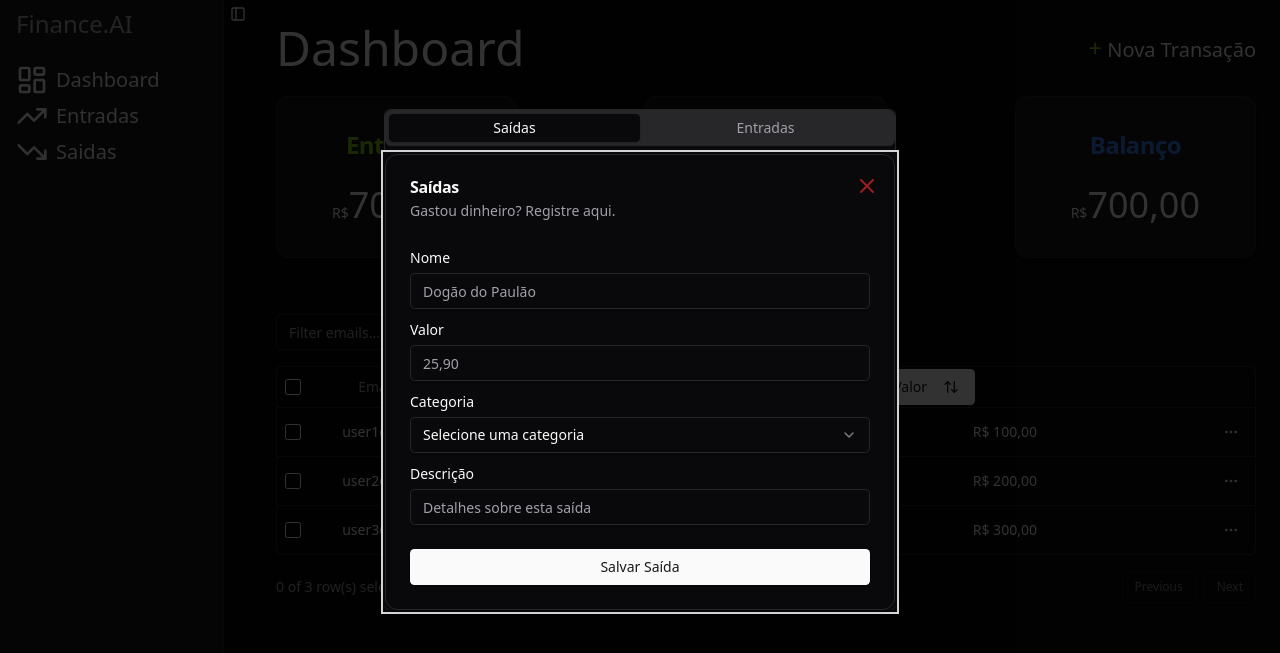
Repository: jvmotadev/web1front
Page: /, after clicking the first element matching `button.text-xl`
These files come from the project's save history. The page is drawn as it stood at one moment and after the next save; the edit follows.
The browser window is 1280 px wide. The pictures show the whole page.
The project was rebuilt for these pictures with package versions that can differ from the ones it lists, and the page was loaded fresh each time. Also part of the build but not shown: vite.config.ts, src/components/ui/separator.tsx, src/components/ui/sheet.tsx, src/components/ui/skeleton.tsx, src/components/ui/tooltip.tsx, src/app/entradas-item.tsx, src/app/tabela.tsx, src/components/ui/chart.tsx and 3 more.

Above is the page before, as saved 2024-11-16 15:28:43.

### index.html
<!doctype html>
<html lang="en">
  <head>
    <meta charset="UTF-8" />
    <meta name="viewport" content="width=device-width, initial-scale=1.0" />
    <title>Finance.ai</title>
  </head>
  <body>
    <div id="root"></div>
    <script type="module" src="/src/main.tsx"></script>
  </body>
</html>

### src/index.css
@tailwind base;
@tailwind components;
@tailwind utilities;

@layer base {
  :root {
    --background: 240 10% 3.9%;
    --foreground: 0 0% 98%;
    --card: 240 10% 3.9%;
    --card-foreground: 0 0% 98%;
    --popover: 240 10% 3.9%;
    --popover-foreground: 0 0% 98%;
    --primary: 0 0% 98%;
    --primary-foreground: 240 5.9% 10%;
    --secondary: 240 3.7% 15.9%;
    --secondary-foreground: 0 0% 98%;
    --muted: 240 3.7% 15.9%;
    --muted-foreground: 240 5% 64.9%;
    --accent: 240 3.7% 15.9%;
    --accent-foreground: 0 0% 98%;
    --destructive: 0 62.8% 30.6%;
    --destructive-foreground: 0 0% 98%;
    --border: 240 3.7% 15.9%;
    --input: 240 3.7% 15.9%;
    --ring: 240 4.9% 83.9%;
    --chart-1: 220 70% 50%;
    --chart-2: 160 60% 45%;
    --chart-3: 30 80% 55%;
    --chart-4: 280 65% 60%;
    --chart-5: 340 75% 55%;
    --radius: 0.4rem;
    --sidebar-background: 240 5.9% 10%;
    --sidebar-foreground: 240 4.8% 95.9%;
    --sidebar-primary: 224.3 76.3% 48%;
    --sidebar-primary-foreground: 0 0% 100%;
    --sidebar-accent: 240 3.7% 15.9%;
    --sidebar-accent-foreground: 240 4.8% 95.9%;
    --sidebar-border: 240 3.7% 15.9%;
    --sidebar-ring: 217.2 91.2% 59.8%;
  }
}

.sidebar-icon {
  transition: all 0.3s ease;
}

.sidebar-expanded .sidebar-icon {
  width: 2rem; /* Adjust to the desired size for expanded state */
  height: 2rem;
}

.sidebar-collapsed .sidebar-icon {
  width: 1.25rem; /* Adjust to the desired size for collapsed state */
  height: 1.25rem;
}

@layer base {
  * {
    @apply border-border;
  }
  body {
    @apply bg-background text-foreground;
  }
}

### src/App.tsx
import React from 'react';
import { BrowserRouter as Router, Route, Routes } from 'react-router-dom';
import Dashboard from './pages/dashboard'; // Import Dashboard component
import Entradas from './pages/entradas';   // Import Entradas component
import Saidas from './pages/saidas';       // Import Saidas component

export function App() {
  return (
    <Router>

      <Routes>
            <Route path="/" element={<Dashboard />} />
            <Route path="/in" element={<Entradas />} />
            <Route path="/out" element={<Saidas />} />
            <Route path="*" element={<h1>404 - Page Not Found</h1>} />
      </Routes>
    </Router>
  );
}

### src/pages/dashboard.tsx
import React from 'react';
import { Layout } from "@/app/layout";  // Import the layout you created
import { Card, CardContent, CardHeader, CardTitle } from '@/components/ui/card';
import { Dialog, DialogContent, DialogHeader, DialogTrigger } from '@/components/ui/dialog';
import { Transaction } from '@/app/transaction';
import { columns } from '@/app/transaction-list/columns';
import { DataTable } from '@/app/transaction-list/data-table';
import { staticPayments } from '@/app/transaction-list/static-data';


const Dashboard = () => {
  return (
    <div className="flex">

    <Layout children={undefined}/>


      <main className="flex-1 flex-wrap p-6 overflow-auto">
        <div className="flex justify-between">
          <h1 className="text-5xl">Dashboard</h1>
          <Dialog>
            <DialogTrigger className="text-xl"><span className="text-2xl text-lime-500">+</span> Nova Transação</DialogTrigger>
            <DialogContent>
                <DialogHeader>
                    <Transaction/>
                </DialogHeader>
            </DialogContent>
          </Dialog>

        </div>
        <div className="flex justify-between gap-x-32 mt-6">
          <Card className='bg-zinc-900 flex-1 shadow-lg p-2 text-center'>
            <CardHeader>
              <CardTitle className="text-2xl text-lime-500">Entradas</CardTitle>
            </CardHeader>
            <CardContent>
              <p className="text-4xl"><span className="text-sm">R$</span>700,00</p>
            </CardContent>
          </Card>

          <Card className='bg-zinc-900  flex-1  shadow-lg p-2 text-center'>
            <CardHeader>
            <CardTitle className="text-2xl text-red-500">Saidas</CardTitle>
            </CardHeader>
            <CardContent>
                <p className="text-4xl"><span className="text-sm">R$</span>700,00</p>
            </CardContent>

          </Card>

          <Card className='bg-zinc-900  flex-1  shadow-lg p-2 text-center'>
            <CardHeader>
            <CardTitle className="text-2xl text-blue-500">Balanço</CardTitle>
            </CardHeader>
            <CardContent>
                <p className="text-4xl"><span className="text-sm">R$</span>700,00</p>
            </CardContent>

          </Card>
        </div>
        <div className="container mx-auto py-10">
          <DataTable columns={columns} data={staticPayments} />
        </div>
      </main>
    </div>
  );
};

export default Dashboard;

### src/app/layout.tsx
import React from 'react';
import { SidebarProvider, SidebarTrigger } from "@/components/ui/sidebar";
import { AppSidebar } from "@/components/app-sidebar";

export function Layout({ children }: { children: React.ReactNode }) {
  return (
    <SidebarProvider>

      <AppSidebar />
      <main>
        <SidebarTrigger />
        {children}
      </main>
    </SidebarProvider>
  );
}

### src/components/ui/card.tsx
import * as React from "react"

import { cn } from "@/lib/utils"

const Card = React.forwardRef<
  HTMLDivElement,
  React.HTMLAttributes<HTMLDivElement>
>(({ className, ...props }, ref) => (
  <div
    ref={ref}
    className={cn(
      "rounded-xl border bg-card text-card-foreground shadow",
      className
    )}
    {...props}
  />
))
Card.displayName = "Card"

const CardHeader = React.forwardRef<
  HTMLDivElement,
  React.HTMLAttributes<HTMLDivElement>
>(({ className, ...props }, ref) => (
  <div
    ref={ref}
    className={cn("flex flex-col space-y-1.5 p-6", className)}
    {...props}
  />
))
CardHeader.displayName = "CardHeader"

const CardTitle = React.forwardRef<
  HTMLDivElement,
  React.HTMLAttributes<HTMLDivElement>
>(({ className, ...props }, ref) => (
  <div
    ref={ref}
    className={cn("font-semibold leading-none tracking-tight", className)}
    {...props}
  />
))
CardTitle.displayName = "CardTitle"

const CardDescription = React.forwardRef<
  HTMLDivElement,
  React.HTMLAttributes<HTMLDivElement>
>(({ className, ...props }, ref) => (
  <div
    ref={ref}
    className={cn("text-sm text-muted-foreground", className)}
    {...props}
  />
))
CardDescription.displayName = "CardDescription"

const CardContent = React.forwardRef<
  HTMLDivElement,
  React.HTMLAttributes<HTMLDivElement>
>(({ className, ...props }, ref) => (
  <div ref={ref} className={cn("p-6 pt-0", className)} {...props} />
))
CardContent.displayName = "CardContent"

const CardFooter = React.forwardRef<
  HTMLDivElement,
  React.HTMLAttributes<HTMLDivElement>
>(({ className, ...props }, ref) => (
  <div
    ref={ref}
    className={cn("flex items-center p-6 pt-0", className)}
    {...props}
  />
))
CardFooter.displayName = "CardFooter"

export { Card, CardHeader, CardFooter, CardTitle, CardDescription, CardContent }

### src/app/transaction-list/columns.tsx
"use client";

import { ColumnDef } from "@tanstack/react-table";
import { Button } from "@/components/ui/button";
import { MoreHorizontal, ArrowUpDown } from "lucide-react";
import { Checkbox } from "@/components/ui/checkbox";
import {
  DropdownMenu,
  DropdownMenuContent,
  DropdownMenuItem,
  DropdownMenuLabel,
  DropdownMenuSeparator,
  DropdownMenuTrigger,
} from "@/components/ui/dropdown-menu";

export type Payment = {
    id: string;
    amount: number;
    status: string;
    email: string;
  };

import { ArrowDownToLine } from 'lucide-react';

export const columns: ColumnDef<Payment>[] = [
  {
    id: "select",
    header: ({ table }) => (
      <Checkbox
        checked={
          table.getIsAllPageRowsSelected() ||
          (table.getIsSomePageRowsSelected() && "indeterminate")
        }
        onCheckedChange={(value) => table.toggleAllPageRowsSelected(!!value)}
        aria-label="Select all"
      />
    ),
    cell: ({ row }) => (
      <Checkbox
        checked={row.getIsSelected()}
        onCheckedChange={(value) => row.toggleSelected(!!value)}
        aria-label="Select row"
      />
    ),
    enableSorting: false,
    enableHiding: false,
  },
  {
    accessorKey: "email",
    header: ({ column }) => (
      <Button
        variant="ghost"
        onClick={() => column.toggleSorting(column.getIsSorted() === "asc")}
      >
        Email
        <ArrowUpDown className="ml-2 h-4 w-4" />
      </Button>
    ),
  },
  {
    accessorKey: "status",
    header: "Status",
  },
  {
    accessorKey: "amount",
    header: () => <Button className="text-center flex justify-center align-middle">
      Valor
      <ArrowUpDown className="ml-2 h-4 w-4" />
      </Button>,
    cell: ({ row }) => {
      const amount = parseFloat(row.getValue("amount"));
      const formatted = new Intl.NumberFormat("pt-BR", {
        style: "currency",
        currency: "BRL",
      }).format(amount);

      return <div className="text-center font-medium">{formatted}</div>;
    },
  },
  {
    id: "actions",
    cell: ({ row }) => {
      const payment = row.original;

      return (
        <div className="flex justify-end">
          <DropdownMenu>
            <DropdownMenuTrigger asChild>
              <Button variant="ghost" className="h-8 w-8 p-0">
                <span className="sr-only">Open menu</span>
                <MoreHorizontal className="h-4 w-4" />
              </Button>
            </DropdownMenuTrigger>
            <DropdownMenuContent align="end">
              <DropdownMenuLabel>Actions</DropdownMenuLabel>
              <DropdownMenuSeparator />
              <DropdownMenuItem
                onClick={() => navigator.clipboard.writeText(payment.id)}
              >
                Copiar Informações
              </DropdownMenuItem>
              <DropdownMenuItem>Editar</DropdownMenuItem>
              <DropdownMenuItem>Deletar</DropdownMenuItem>
            </DropdownMenuContent>
          </DropdownMenu>
        </div>
      );
    },
  },
];

### src/app/transaction-list/static-data.tsx
export const staticPayments = [
    { id: "1", amount: 100, status: "pending", email: "user1@example.com" },
    { id: "2", amount: 200, status: "success", email: "user2@example.com" },
    { id: "3", amount: 300, status: "failed", email: "user3@example.com" },
  ];

### src/components/ui/table.tsx
import * as React from "react"

import { cn } from "@/lib/utils"

const Table = React.forwardRef<
  HTMLTableElement,
  React.HTMLAttributes<HTMLTableElement>
>(({ className, ...props }, ref) => (
  <div className="relative w-full overflow-auto">
    <table
      ref={ref}
      className={cn("w-full caption-bottom text-sm", className)}
      {...props}
    />
  </div>
))
Table.displayName = "Table"

const TableHeader = React.forwardRef<
  HTMLTableSectionElement,
  React.HTMLAttributes<HTMLTableSectionElement>
>(({ className, ...props }, ref) => (
  <thead ref={ref} className={cn("[&_tr]:border-b", className)} {...props} />
))
TableHeader.displayName = "TableHeader"

const TableBody = React.forwardRef<
  HTMLTableSectionElement,
  React.HTMLAttributes<HTMLTableSectionElement>
>(({ className, ...props }, ref) => (
  <tbody
    ref={ref}
    className={cn("[&_tr:last-child]:border-0", className)}
    {...props}
  />
))
TableBody.displayName = "TableBody"

const TableFooter = React.forwardRef<
  HTMLTableSectionElement,
  React.HTMLAttributes<HTMLTableSectionElement>
>(({ className, ...props }, ref) => (
  <tfoot
    ref={ref}
    className={cn(
      "border-t bg-muted/50 font-medium [&>tr]:last:border-b-0",
      className
    )}
    {...props}
  />
))
TableFooter.displayName = "TableFooter"

const TableRow = React.forwardRef<
  HTMLTableRowElement,
  React.HTMLAttributes<HTMLTableRowElement>
>(({ className, ...props }, ref) => (
  <tr
    ref={ref}
    className={cn(
      "border-b transition-colors hover:bg-muted/50 data-[state=selected]:bg-muted",
      className
    )}
    {...props}
  />
))
TableRow.displayName = "TableRow"

const TableHead = React.forwardRef<
  HTMLTableCellElement,
  React.ThHTMLAttributes<HTMLTableCellElement>
>(({ className, ...props }, ref) => (
  <th
    ref={ref}
    className={cn(
      "h-10 px-2 text-left align-middle font-medium text-muted-foreground [&:has([role=checkbox])]:pr-0 [&>[role=checkbox]]:translate-y-[2px]",
      className
    )}
    {...props}
  />
))
TableHead.displayName = "TableHead"

const TableCell = React.forwardRef<
  HTMLTableCellElement,
  React.TdHTMLAttributes<HTMLTableCellElement>
>(({ className, ...props }, ref) => (
  <td
    ref={ref}
    className={cn(
      "p-2 align-middle [&:has([role=checkbox])]:pr-0 [&>[role=checkbox]]:translate-y-[2px]",
      className
    )}
    {...props}
  />
))
TableCell.displayName = "TableCell"

const TableCaption = React.forwardRef<
  HTMLTableCaptionElement,
  React.HTMLAttributes<HTMLTableCaptionElement>
>(({ className, ...props }, ref) => (
  <caption
    ref={ref}
    className={cn("mt-4 text-sm text-muted-foreground", className)}
    {...props}
  />
))
TableCaption.displayName = "TableCaption"

export {
  Table,
  TableHeader,
  TableBody,
  TableFooter,
  TableHead,
  TableRow,
  TableCell,
  TableCaption,
}

### src/components/app-sidebar.tsx
import React from 'react';
import {
  Sidebar,
  SidebarContent,
  SidebarGroup,
  SidebarGroupContent,
  SidebarGroupLabel,
  SidebarMenu,
  SidebarMenuButton,
  SidebarMenuItem,
} from "@/components/ui/sidebar";
import { useSidebar } from "@/components/ui/sidebar";
import { LayoutDashboard, TrendingDown, TrendingUp } from "lucide-react";

// Menu items.
const items = [
  {
    title: "Dashboard",
    url: "./",
    icon: LayoutDashboard,
  },
  {
    title: "Entradas",
    url: "./in",
    icon: TrendingUp,
  },
  {
    title: "Saidas",
    url: "./out",
    icon: TrendingDown,
  },
];

export function AppSidebar() {
  const { state } = useSidebar(); // Access sidebar state ('expanded' or 'collapsed')

  return (
    <Sidebar>
      <SidebarContent>
        <SidebarGroup>
          <SidebarGroupLabel className='text-2xl mb-6'>Finance.AI</SidebarGroupLabel>
          <SidebarGroupContent>
            <SidebarMenu>
              {items.map((item) => (
                <SidebarMenuItem key={item.title}>
                  <SidebarMenuButton asChild>

                    <a href={item.url} className="flex items-center gap-2">
                      <div
                        className={`transition-all ease-in-out duration-300 ${
                          state === "collapsed"
                            ? "w-4 h-4" // Smaller size for collapsed state
                            : "w-8 h-8" // Larger size for expanded state
                        } flex items-center justify-center`}
                      >
                        <item.icon className="w-full h-full" />
                      </div>
                        <span
                            className={`text-xl ${
                                state === "collapsed" ? "hidden" : "inline"
                            }`}
                            >
                            {item.title}
                        </span>

                    </a>
                  </SidebarMenuButton>
                </SidebarMenuItem>
              ))}
            </SidebarMenu>
          </SidebarGroupContent>
        </SidebarGroup>
      </SidebarContent>
    </Sidebar>
  );
}

### src/components/ui/button.tsx
import * as React from "react"
import { Slot } from "@radix-ui/react-slot"
import { cva, type VariantProps } from "class-variance-authority"

import { cn } from "@/lib/utils"

const buttonVariants = cva(
  "inline-flex items-center justify-center gap-2 whitespace-nowrap rounded-md text-sm font-medium transition-colors focus-visible:outline-none focus-visible:ring-1 focus-visible:ring-ring disabled:pointer-events-none disabled:opacity-50 [&_svg]:pointer-events-none [&_svg]:size-4 [&_svg]:shrink-0",
  {
    variants: {
      variant: {
        default:
          "bg-primary text-primary-foreground shadow hover:bg-primary/90",
        destructive:
          "bg-destructive text-destructive-foreground shadow-sm hover:bg-destructive/90",
        outline:
          "border border-input bg-background shadow-sm hover:bg-accent hover:text-accent-foreground",
        secondary:
          "bg-secondary text-secondary-foreground shadow-sm hover:bg-secondary/80",
        ghost: "hover:bg-accent hover:text-accent-foreground",
        link: "text-primary underline-offset-4 hover:underline",
      },
      size: {
        default: "h-9 px-4 py-2",
        sm: "h-8 rounded-md px-3 text-xs",
        lg: "h-10 rounded-md px-8",
        icon: "h-9 w-9",
      },
    },
    defaultVariants: {
      variant: "default",
      size: "default",
    },
  }
)

export interface ButtonProps
  extends React.ButtonHTMLAttributes<HTMLButtonElement>,
    VariantProps<typeof buttonVariants> {
  asChild?: boolean
}

const Button = React.forwardRef<HTMLButtonElement, ButtonProps>(
  ({ className, variant, size, asChild = false, ...props }, ref) => {
    const Comp = asChild ? Slot : "button"
    return (
      <Comp
        className={cn(buttonVariants({ variant, size, className }))}
        ref={ref}
        {...props}
      />
    )
  }
)
Button.displayName = "Button"

export { Button, buttonVariants }

### src/components/ui/input.tsx
import * as React from "react"

import { cn } from "@/lib/utils"

const Input = React.forwardRef<HTMLInputElement, React.ComponentProps<"input">>(
  ({ className, type, ...props }, ref) => {
    return (
      <input
        type={type}
        className={cn(
          "flex h-9 w-full rounded-md border border-input bg-transparent px-3 py-1 text-base shadow-sm transition-colors file:border-0 file:bg-transparent file:text-sm file:font-medium file:text-foreground placeholder:text-muted-foreground focus-visible:outline-none focus-visible:ring-1 focus-visible:ring-ring disabled:cursor-not-allowed disabled:opacity-50 md:text-sm",
          className
        )}
        ref={ref}
        {...props}
      />
    )
  }
)
Input.displayName = "Input"

export { Input }

### src/components/ui/label.tsx
import * as React from "react"
import * as LabelPrimitive from "@radix-ui/react-label"
import { cva, type VariantProps } from "class-variance-authority"

import { cn } from "@/lib/utils"

const labelVariants = cva(
  "text-sm font-medium leading-none peer-disabled:cursor-not-allowed peer-disabled:opacity-70"
)

const Label = React.forwardRef<
  React.ElementRef<typeof LabelPrimitive.Root>,
  React.ComponentPropsWithoutRef<typeof LabelPrimitive.Root> &
    VariantProps<typeof labelVariants>
>(({ className, ...props }, ref) => (
  <LabelPrimitive.Root
    ref={ref}
    className={cn(labelVariants(), className)}
    {...props}
  />
))
Label.displayName = LabelPrimitive.Root.displayName

export { Label }

### src/components/ui/tabs.tsx
import * as React from "react"
import * as TabsPrimitive from "@radix-ui/react-tabs"

import { cn } from "@/lib/utils"

const Tabs = TabsPrimitive.Root

const TabsList = React.forwardRef<
  React.ElementRef<typeof TabsPrimitive.List>,
  React.ComponentPropsWithoutRef<typeof TabsPrimitive.List>
>(({ className, ...props }, ref) => (
  <TabsPrimitive.List
    ref={ref}
    className={cn(
      "inline-flex h-9 items-center justify-center rounded-lg bg-muted p-1 text-muted-foreground",
      className
    )}
    {...props}
  />
))
TabsList.displayName = TabsPrimitive.List.displayName

const TabsTrigger = React.forwardRef<
  React.ElementRef<typeof TabsPrimitive.Trigger>,
  React.ComponentPropsWithoutRef<typeof TabsPrimitive.Trigger>
>(({ className, ...props }, ref) => (
  <TabsPrimitive.Trigger
    ref={ref}
    className={cn(
      "inline-flex items-center justify-center whitespace-nowrap rounded-md px-3 py-1 text-sm font-medium ring-offset-background transition-all focus-visible:outline-none focus-visible:ring-2 focus-visible:ring-ring focus-visible:ring-offset-2 disabled:pointer-events-none disabled:opacity-50 data-[state=active]:bg-background data-[state=active]:text-foreground data-[state=active]:shadow",
      className
    )}
    {...props}
  />
))
TabsTrigger.displayName = TabsPrimitive.Trigger.displayName

const TabsContent = React.forwardRef<
  React.ElementRef<typeof TabsPrimitive.Content>,
  React.ComponentPropsWithoutRef<typeof TabsPrimitive.Content>
>(({ className, ...props }, ref) => (
  <TabsPrimitive.Content
    ref={ref}
    className={cn(
      "mt-2 ring-offset-background focus-visible:outline-none focus-visible:ring-2 focus-visible:ring-ring focus-visible:ring-offset-2",
      className
    )}
    {...props}
  />
))
TabsContent.displayName = TabsPrimitive.Content.displayName

export { Tabs, TabsList, TabsTrigger, TabsContent }

### src/components/ui/checkbox.tsx
import * as React from "react"
import * as CheckboxPrimitive from "@radix-ui/react-checkbox"
import { Check } from "lucide-react"

import { cn } from "@/lib/utils"

const Checkbox = React.forwardRef<
  React.ElementRef<typeof CheckboxPrimitive.Root>,
  React.ComponentPropsWithoutRef<typeof CheckboxPrimitive.Root>
>(({ className, ...props }, ref) => (
  <CheckboxPrimitive.Root
    ref={ref}
    className={cn(
      "peer h-4 w-4 shrink-0 rounded-sm border border-primary shadow focus-visible:outline-none focus-visible:ring-1 focus-visible:ring-ring disabled:cursor-not-allowed disabled:opacity-50 data-[state=checked]:bg-primary data-[state=checked]:text-primary-foreground",
      className
    )}
    {...props}
  >
    <CheckboxPrimitive.Indicator
      className={cn("flex items-center justify-center text-current")}
    >
      <Check className="h-4 w-4" />
    </CheckboxPrimitive.Indicator>
  </CheckboxPrimitive.Root>
))
Checkbox.displayName = CheckboxPrimitive.Root.displayName

export { Checkbox }

Loaded but not shown: src/main.tsx (common file); src/lib/utils.ts (common file); src/hooks/use-mobile.tsx (common file); tailwind.config.js (common file); src/components/ui/sidebar.tsx (761 lines, source omitted); src/components/ui/dropdown-menu.tsx (199 lines, source omitted); src/components/ui/select.tsx (157 lines, source omitted); src/app/transaction-list/data-table.tsx (147 lines, source omitted); src/app/transaction.tsx (109 lines, source omitted); src/components/ui/dialog.tsx (120 lines, source omitted)

After the next save:
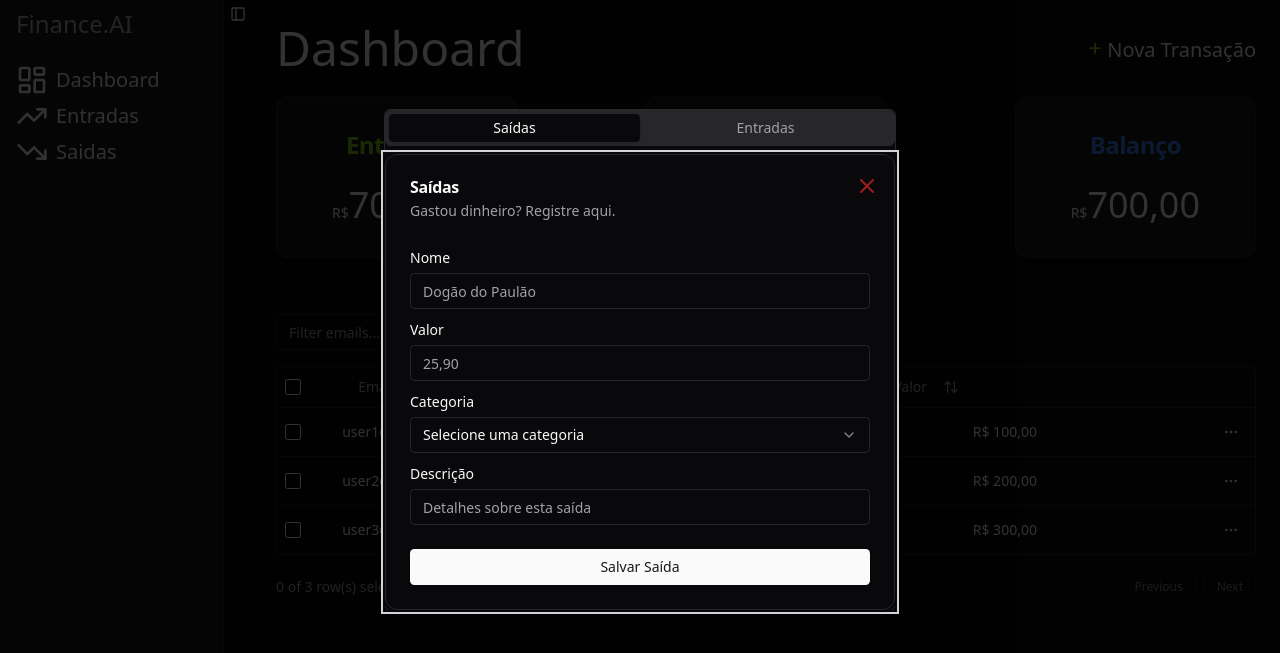
Saved 37 s later.
--- a/src/app/transaction-list/columns.tsx
+++ b/src/app/transaction-list/columns.tsx
@@ -63,7 +63,9 @@ export const columns: ColumnDef<Payment>[] = [
   },
   {
     accessorKey: "amount",
-    header: () => <Button className="text-center flex justify-center align-middle">
+    header: () => <Button className="text-center flex justify-center align-middle"
+        variant="ghost"
+        onClick={() => column.toggleSorting(column.getIsSorted() === "asc")}>
       Valor
       <ArrowUpDown className="ml-2 h-4 w-4" />
       </Button>,
